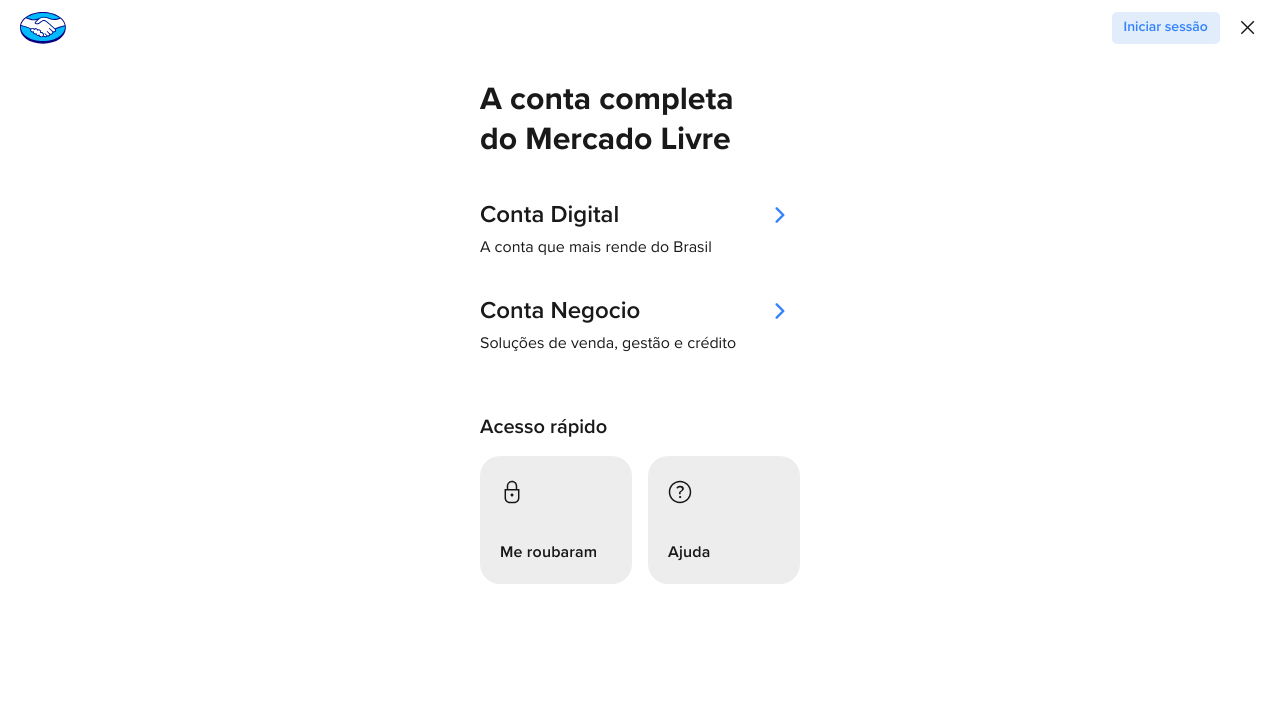
Repository: adrianatello28/menu-mobile
Page: /, after clicking the first element matching `img.header__drawer`
The author's editor kept a copy of each file at every save. The page is drawn from the files as they stood at one save, then again after the next save.
The browser window is 1280 px wide. The pictures show the whole page.
An inner scrolling area shows only its first screen. The project was rebuilt for these pictures with package versions that can differ from the ones it lists, and the page was loaded fresh each time. Also part of the build but not shown: vite.config.js.

Above is the page before, as saved 2025-08-26 10:19:04.

After the next save:
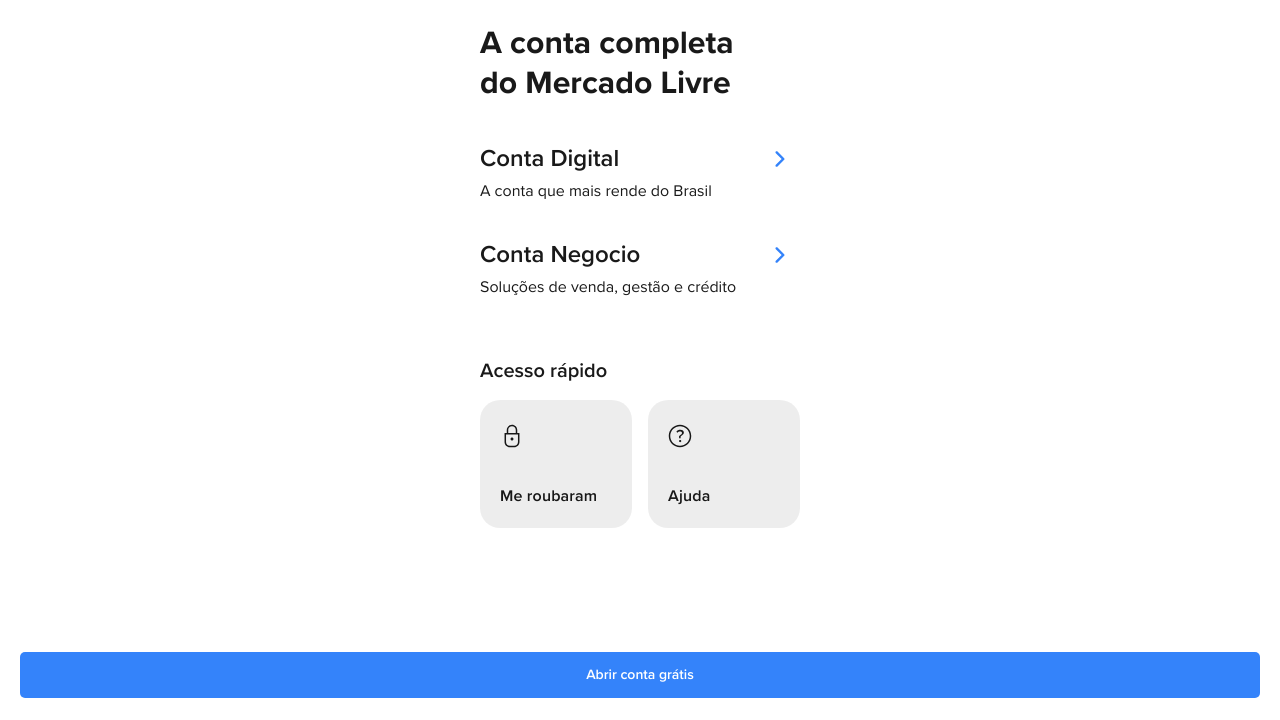
Saved 1 s later.
--- a/src/components/Menu.css
+++ b/src/components/Menu.css
@@ -106,17 +106,18 @@
 }
 
 .menu__mobile {
-  position: absolute;
-  top: 56px;
+  position: fixed;
+  top: 0;
   left: 0;
   width: 100%;
-  height: 747px;
+  height: 100vh;
   background-color: #ffffff;
   display: flex;
   flex-direction: column;
   align-items: center;
   justify-content: flex-start;
-  overflow: hidden;
+  overflow-y: auto;
+  z-index: 100;
 }
 
 .menu__page-container {
